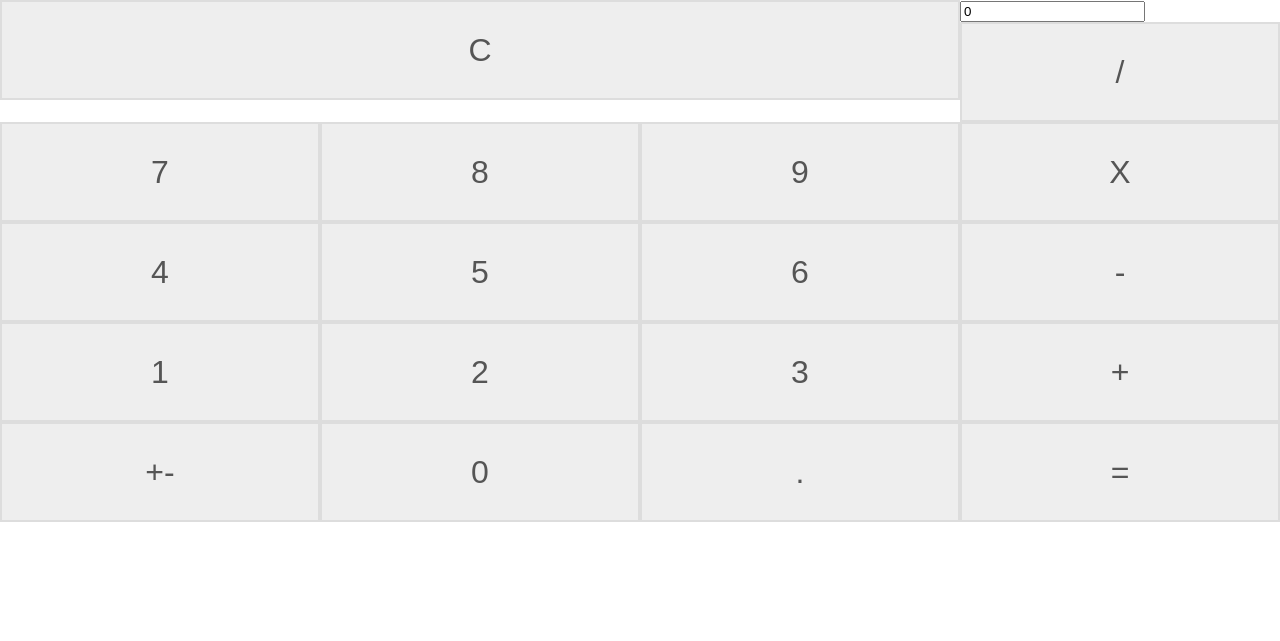
Repository: aaronmatei/react-calc
Page: /
These files come from the project's save history. The page is drawn as it stood at one moment and after the next save; the edit follows.
The browser window is 1280 px wide. The pictures show the whole page.
The project was rebuilt for these pictures with package versions that can differ from the ones it lists, and the page was loaded fresh each time.

Above is the page before, as saved 2019-12-13 10:58:58.

### src/App.js
import React, { Component } from "react";
import Button from "./components/Button";
import "./css/styles.css";

class App extends Component {
	state = {
		current: "0",
		previous: [],
	};

	reset = () => {
		this.setState({ result: "0" });
	};
	addToCurrent = symbol => {
		this.setState({ current: this.state.current + symbol });
	};

	render() {
		const buttons = [
			{ symbol: "C", cols: 3, action: this.reset },
			{ symbol: "/", cols: 1, action: this.addToCurrent },
			{ symbol: "7", cols: 1, action: this.addToCurrent },
			{ symbol: "8", cols: 1, action: this.addToCurrent },
			{ symbol: "9", cols: 1, action: this.addToCurrent },
			{ symbol: "X", cols: 1, action: this.addToCurrent },
			{ symbol: "4", cols: 1, action: this.addToCurrent },
			{ symbol: "5", cols: 1, action: this.addToCurrent },
			{ symbol: "6", cols: 1, action: this.addToCurrent },
			{ symbol: "-", cols: 1, action: this.addToCurrent },
			{ symbol: "1", cols: 1, action: this.addToCurrent },
			{ symbol: "2", cols: 1, action: this.addToCurrent },
			{ symbol: "3", cols: 1, action: this.addToCurrent },
			{ symbol: "+", cols: 1, action: this.addToCurrent },
			{ symbol: "+-", cols: 1, action: this.addToCurrent },
			{ symbol: "0", cols: 1, action: this.addToCurrent },
			{ symbol: ".", cols: 1, action: this.addToCurrent },
			{ symbol: "=", cols: 1, action: this.addToCurrent },
		];
		return (
			<div className='App'>
				<input className='result' type='text' value={this.state.current} onChange={null} />

				{buttons.map((btn, idx) => {
					return (
						<Button key={idx} symbol={btn.symbol} cols={btn.cols} action={symbol => btn.action(symbol)} />
					);
				})}
			</div>
		);
	}
}

export default App;

### src/components/Button.jsx
import React, { Component } from "react";

class Button extends Component {
	render() {
		return (
			<div className={`column-${this.props.cols}`}>
				<button className='calc-button' onClick={() => this.props.action(this.props.symbol)}>
					{this.props.symbol}
				</button>
			</div>
		);
	}
}

export default Button;

### src/css/styles.css
.column-3 {
	width: 75%;
	float: left;
}
.column-2 {
	width: 50%;
	float: left;
}
.column-1 {
	width: 25%;
	float: left;
}
button.calc-button {
	width: 100%;
	height: 100px;
	border: 2px solid #ddd;
	background: #eee;
	font-size: 32px;
	color: #555;
}

Loaded but not shown: src/index.js (common file); src/index.css (common file); src/serviceWorker.js (common file)

After the next save:
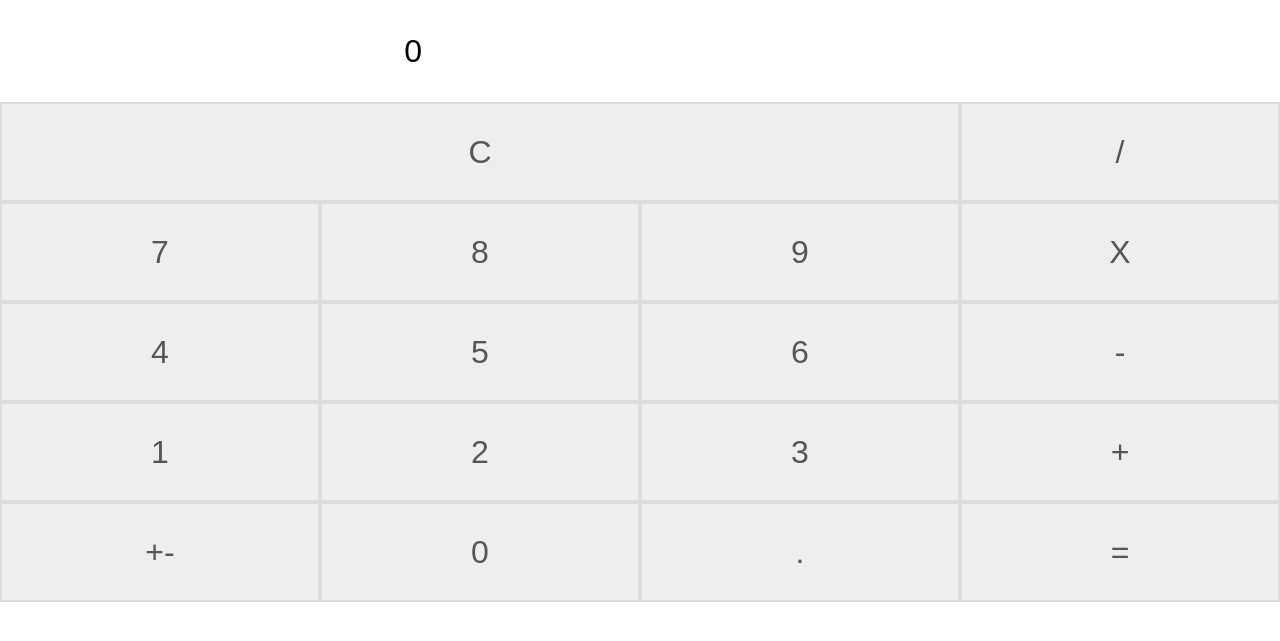
Saved 3 min 5 s later.
--- a/src/css/styles.css
+++ b/src/css/styles.css
@@ -18,3 +18,13 @@ button.calc-button {
 	font-size: 32px;
 	color: #555;
 }
+
+input.result {
+	height: 100px;
+	width: auto;
+	border: none;
+	text-align: right;
+	font-size: 32px;
+	position: relative;
+	max-width: 100vw;
+}
